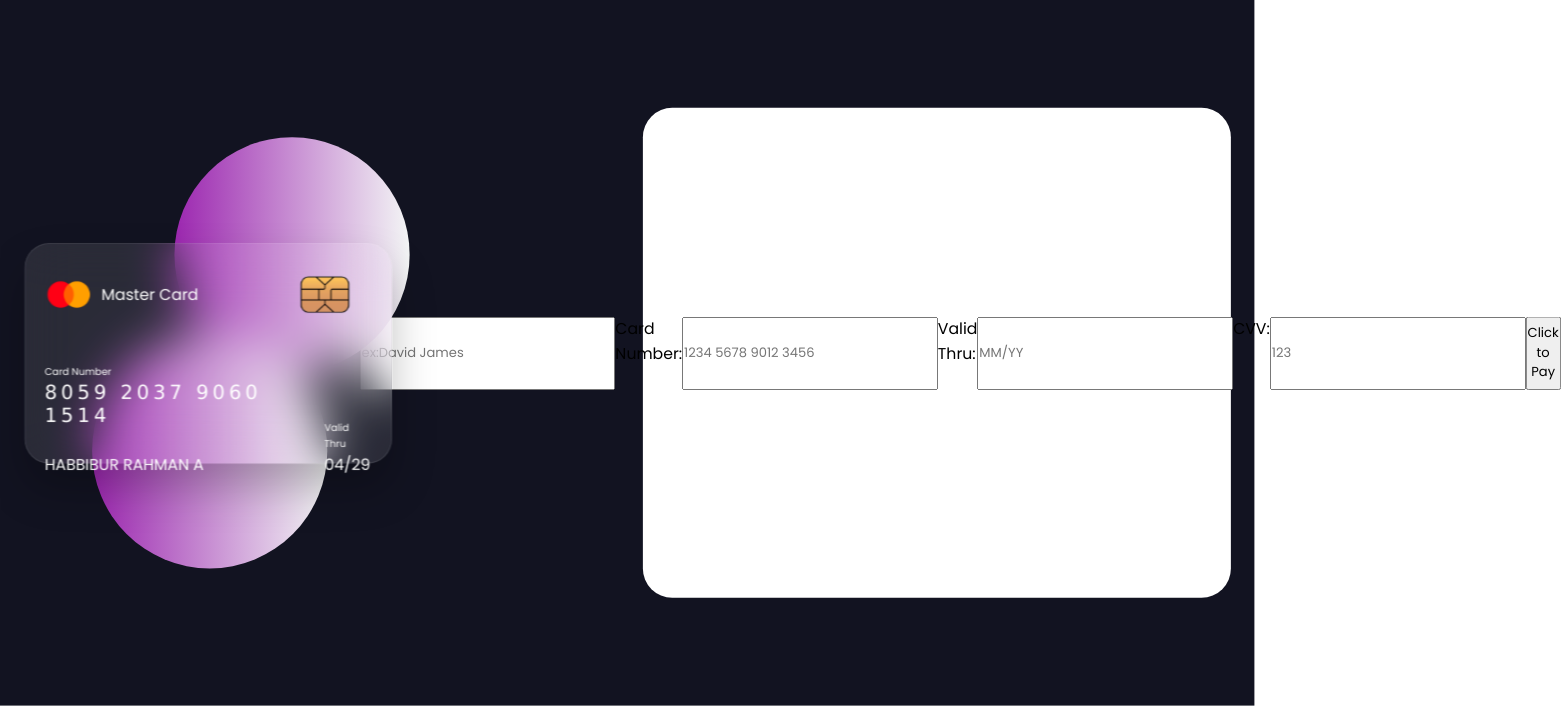
Repository: Habeebur1493/-002-Prompt
Page: index.html
These files come from the project's save history. The page is drawn as it stood at one moment and after the next save; the edit follows.
The browser window is 1280 px wide. The page is 1593 px wide, then 1280 px, so the pictures cover 1593 px, including what lies to the right of the window. The pictures show the whole page, at 98% of full size.

Above is the page before, as saved 2024-09-11 01:10:55.

After the next save:
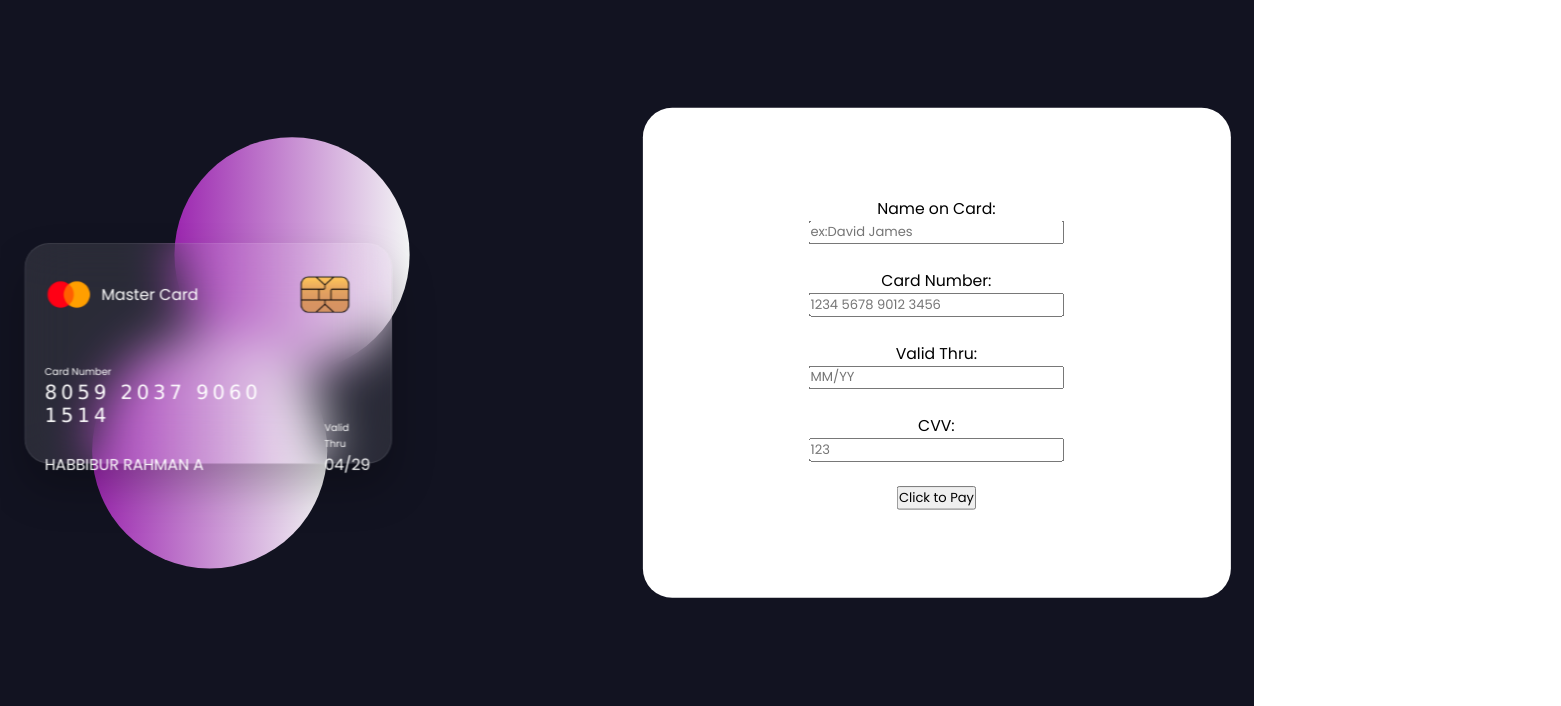
Saved 4 s later.
--- a/style.css
+++ b/style.css
@@ -175,4 +175,9 @@
 .content > form{
     color: #000;
     display: flex;
+    flex-direction: column;
+    justify-content: center;
+    align-items: center;
+    width: 100%;
+    height: 100%
 }
